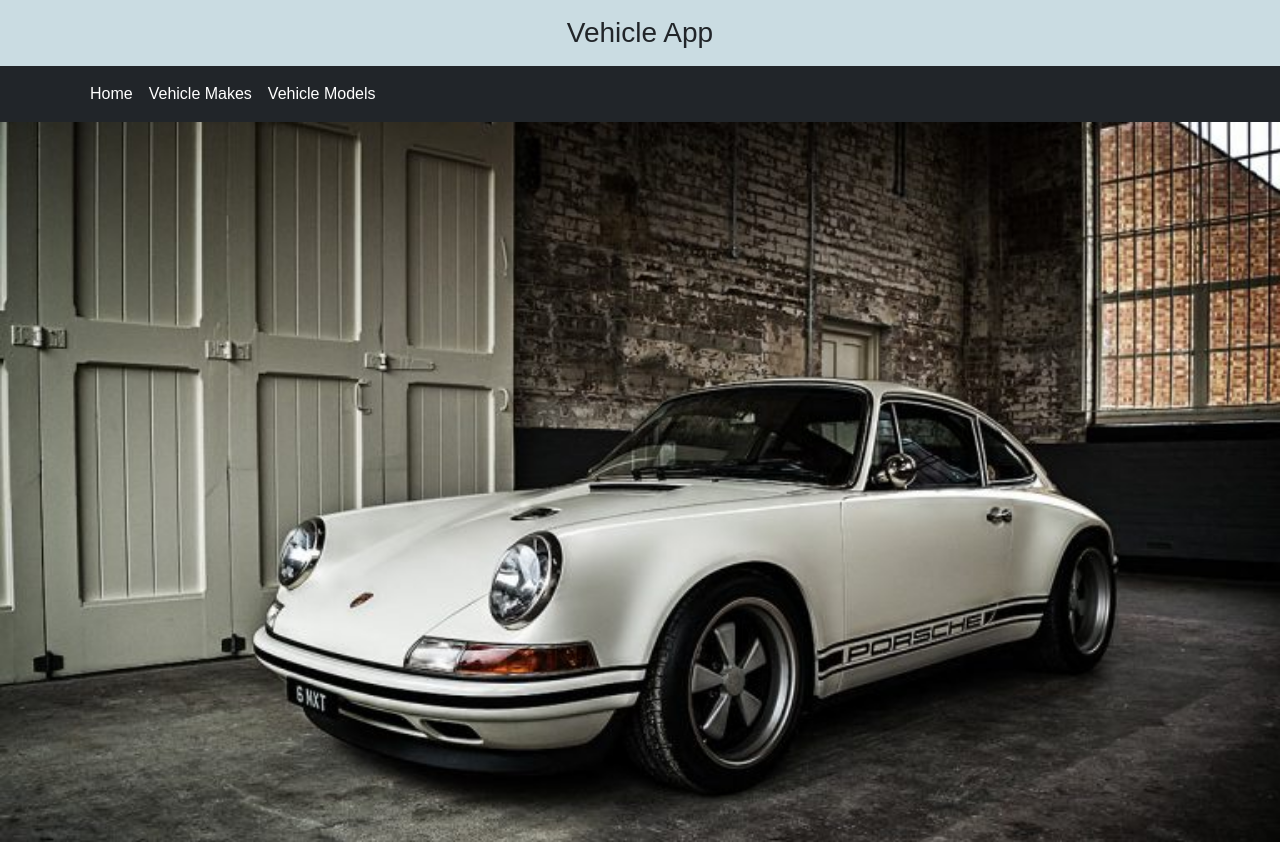
Repository: magdalenarajic/VehicleFrontend
Page: /
An editor plug-in stored every save of this project. The page is shown before and after the next save, followed by the edit.
The browser window is 1280 px wide. The pictures show the whole page.
The project was rebuilt for these pictures with package versions that can differ from the ones it lists, and the page was loaded fresh each time. Also part of the build but not shown: src/services/makeService.js, src/stores/makeStore.js, src/components/VehicleMake.js, src/services/modelService.js, src/stores/modelStore.js, src/components/VehicleModel.js.

Above is the page before, as saved 2023-03-10 12:32:03.

### public/index.html
<!DOCTYPE html>
<html lang="en">
  <head>
    <meta charset="utf-8" />
    <link rel="icon" href="%PUBLIC_URL%/favicon.ico" />
    <meta name="viewport" content="width=device-width, initial-scale=1" />
    <meta name="theme-color" content="#000000" />
    <meta
      name="description"
      content="Web site created using create-react-app"
    />
    <link rel="apple-touch-icon" href="%PUBLIC_URL%/logo192.png" />
    <!--
      manifest.json provides metadata used when your web app is installed on a
      user's mobile device or desktop. See https://developers.google.com/web/fundamentals/web-app-manifest/
    -->
    <link rel="manifest" href="%PUBLIC_URL%/manifest.json" />
    <!--
      Notice the use of %PUBLIC_URL% in the tags above.
      It will be replaced with the URL of the `public` folder during the build.
      Only files inside the `public` folder can be referenced from the HTML.

      Unlike "/favicon.ico" or "favicon.ico", "%PUBLIC_URL%/favicon.ico" will
      work correctly both with client-side routing and a non-root public URL.
      Learn how to configure a non-root public URL by running `npm run build`.
    -->
    <link
  rel="stylesheet"
  href="https://cdn.jsdelivr.net/npm/bootstrap@5.2.3/dist/css/bootstrap.min.css"
  integrity="sha384-rbsA2VBKQhggwzxH7pPCaAqO46MgnOM80zW1RWuH61DGLwZJEdK2Kadq2F9CUG65"
  crossorigin="anonymous"
/>
    <title>React App</title>
  </head>
  <body>
    <noscript>You need to enable JavaScript to run this app.</noscript>
    <div id="root"></div>
    <!--
      This HTML file is a template.
      If you open it directly in the browser, you will see an empty page.

      You can add webfonts, meta tags, or analytics to this file.
      The build step will place the bundled scripts into the <body> tag.

      To begin the development, run `npm start` or `yarn start`.
      To create a production bundle, use `npm run build` or `yarn build`.
    -->
  </body>
</html>

### src/index.css
body {
  background-color: rgb(202, 220, 226);
  font-family: -apple-system, BlinkMacSystemFont, 'Segoe UI', 'Roboto', 'Oxygen',
    'Ubuntu', 'Cantarell', 'Fira Sans', 'Droid Sans', 'Helvetica Neue',
    sans-serif;
}

code {
  font-family: source-code-pro, Menlo, Monaco, Consolas, 'Courier New',
    monospace;
}

### src/App.js
import './App.css';
import { Home } from './components/Home';
import VehicleMake  from './components/VehicleMake';
import {Navigation} from './components/Navigation';
import VehicleModel from './components/VehicleModel';

import {BrowserRouter, Route, Routes} from 'react-router-dom';

function App() {
  return (
    <BrowserRouter>
    <div >
    <header>
      <h3 className="m-3 d-flex justify-content-center">
        Vehicle App
      </h3>
      </header>
      <div>
      <Navigation/>
       <Routes>
        <Route path='/' element={<Home/>} />
        <Route path='/Makes' element={<VehicleMake/>} />
        <Route path='/Models' element={<VehicleModel/>} />
       </Routes>
    </div>
    </div>
    </BrowserRouter>
  );
}

export default App;

### src/App.css
.App {
  text-align: center;
}
body {
  font-family: Arial;
}

### src/components/Home.js
import React, {Component} from 'react';
import image from '../img/photo1.jpg';

export class Home extends Component{

    render(){
      const styleImage = {
        backgroundImage:`url(${image})` ,
        backgroundPosition: 'center',
        backgroundSize: 'cover',
        backgroundRepeat: 'no-repeat',
        width: '1000',
        height: '100vh'
      }
          return(
            <div style={styleImage}>

            </div>
          )
    }
}

### src/components/Navigation.js
import React, { Component } from "react";
import { Navbar, Nav , Container} from "react-bootstrap";


export class Navigation extends Component {
  render() {
    return (
      <Navbar bg="dark" variant="dark">
      <Container>
        <Nav variant="pills" className="me-auto" >
          <Nav.Link className="d-inline p-2 text-white " href="/">
            Home
          </Nav.Link>
          <Nav.Link className="d-inline p-2 text-white" href="/makes">
            Vehicle Makes
          </Nav.Link>
          <Nav.Link className="d-inline p-2 text-white" href="/models">
            Vehicle Models
          </Nav.Link>
        </Nav>
        </Container>
      </Navbar>
    );
  }
}

Loaded but not shown: src/index.js (common file); src/reportWebVitals.js (common file)

After the next save:
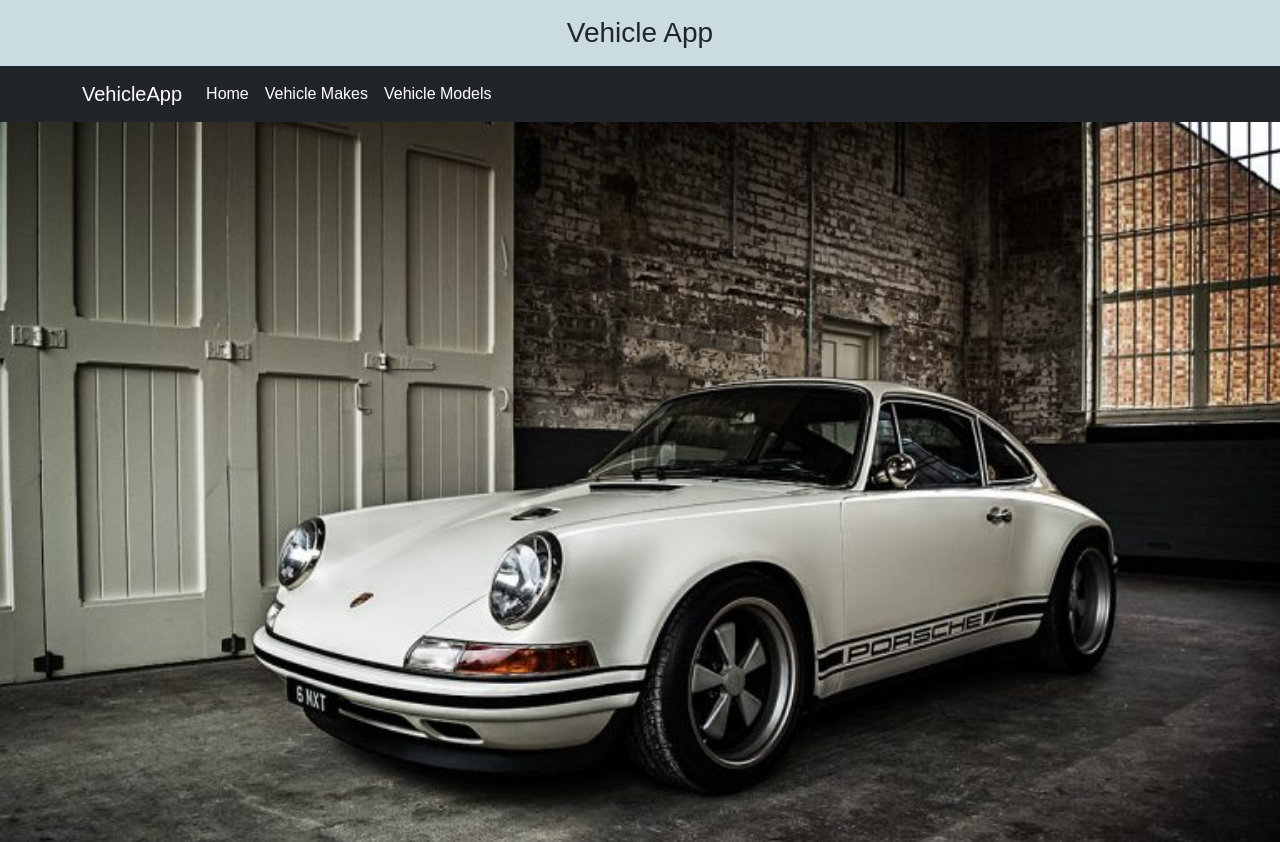
Saved 29 s later.
--- a/src/components/Navigation.js
+++ b/src/components/Navigation.js
@@ -7,6 +7,7 @@
     return (
       <Navbar bg="dark" variant="dark">
       <Container>
+      <Navbar.Brand href="#home">VehicleApp </Navbar.Brand>
         <Nav variant="pills" className="me-auto" >
           <Nav.Link className="d-inline p-2 text-white " href="/">
             Home
